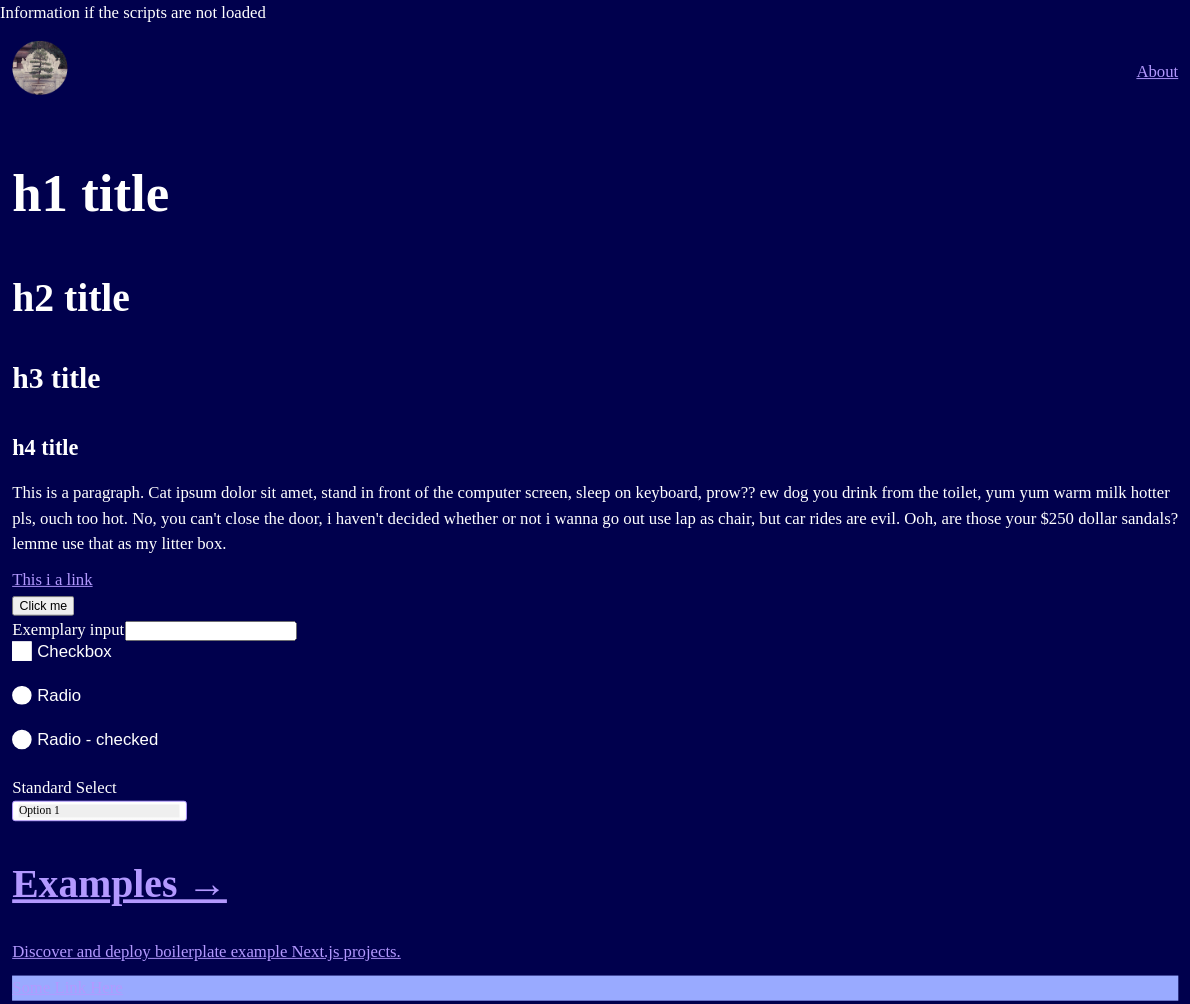
Repository: magiai/scent-app
Page: /
The author's editor kept a copy of each file at every save. The page is drawn from the files as they stood at one save, then again after the next save.
The browser window is 1280 px wide. The pictures show the whole page, at 93% of full size.
The project was rebuilt for these pictures with package versions that can differ from the ones it lists, and the page was loaded fresh each time. The framework's server and built-in components were replaced by stand-ins that run in the browser.

Above is the page before, as saved 2022-05-25 15:30:41.

### pages/_app.tsx

import '../styles/variables.css';
import '../styles/global.css';
import '../styles/forms.css';
import { AppProps } from 'next/app';

function MyApp({ Component, pageProps }: AppProps) {
    return (
        <Component {...pageProps} />
    )
}

export default MyApp

### pages/_document.js
import { Html, Head, Main, NextScript } from "next/document";

export default function Document() {
    return (
        <Html lang="en">
            <Head>
                <meta charset="utf-8" />
                <meta http-equiv="X-UA-Compatible" content="IE=edge" />
                <meta name=" theme-color" content="#fff" />
                <meta name="viewport" content="width=device-width, initial-scale=1" />
                <meta name="robots" content="index, follow" />

                <title key="title">Application title</title>
                <link rel="icon" href="/favicon.ico"></link>
                <link rel="canonical" href="https://website.com/"></link>
                <meta name="description" content="Application description"></meta>

                {/* Open Graph Protocol */}
                <meta property="fb:page_id" content="" />
                <meta property="twitter:site" content="" />

                <meta property="og:title" content="Application title"/>
                <meta property="og:type" content="application"/>
                <meta property="og:url" content="https://website.com"/>
                <meta property="og:site_name" content=""/>
                <meta property="og:description" content="Application description"/>
                <meta property="og:image" content=""/>
                {/* /Open Graph Protocol */}

                <noscript>Information if the scripts are not loaded</noscript>
            </Head>
            <body>
                <Main />
                <NextScript />
            </body>
        </Html>
    )
}

### pages/index.tsx
import Head from 'next/head';
import Layout from '../components/layout';

export default function Home() {
  return (
    <Layout>
      <Head>
        <title key="title">Home</title>
      </Head>

      <main>
        <h1>h1 title</h1>
        <h2>h2 title</h2>
        <h3>h3 title</h3>
        <h4>h4 title</h4>

        <p>
            This is a paragraph. Cat ipsum dolor sit amet, stand in front of the computer screen, sleep on keyboard, prow?? ew dog you drink from the toilet, yum yum warm milk hotter pls, ouch too hot. No, you can't close the door, i haven't decided whether or not i wanna go out use lap as chair, but car rides are evil. Ooh, are those your $250 dollar sandals? lemme use that as my litter box.
        </p>

        <a href='/'>This i a link</a>
        <br />
        <button>Click me</button>
        <br />

        <form>
            <label>
                Exemplary input
                <input id="input-exemple" type="text"/>
            </label>
            <br />
            <label className="form-control">
                <input name="checkbox" type="checkbox"/>
                Checkbox
            </label>
            <br />
            <label className="form-control">
                <input name="radio" type="radio" disabled/>
                Radio
            </label>
            <br />
            <label className="form-control">
                <input name="radio" type="radio"/>
                Radio - checked
            </label>
            <br />
            <label htmlFor="standard-select">Standard Select</label>
            <div className="select">
                <select id="standard-select">
                    <option value="Option 1">Option 1</option>
                    <option value="Option 2">Option 2</option>
                    <option value="Option 3">Option 3</option>
                    <option value="Option 4">Option 4</option>
                    <option value="Option 5">Option 5</option>
                    <option value="Option length">
                    Option that has too long of a value to fit
                    </option>
                </select>
            </div>
        </form>


        <div className="grid">
          <a
            href="https://github.com/vercel/next.js/tree/master/examples"
            className="card"
          >
            <h2>Examples &rarr;</h2>
            <p>Discover and deploy boilerplate example Next.js projects.</p>
          </a>

        </div>
      </main>

    </Layout>
  )
}

### styles/variables.css
:root {
    --color--white: white;
    --color--black: black;

    --hue--base: 255;
    --saturation--base: 100%;
    --lightness--base: 80%;
    --opacity--base: 1;
    --color--lighten: 5%;
    --color--darken: 10%;
    --color--primary: hsla(var(--hue--base), var(--saturation--base), var(--lightness--base), var(--opacity--base));
    --color--primary--active: hsla(var(--hue--base),
                                    var(--saturation--base),
                                    calc(var(--lightness--base) + var(--color--lighten)),
                                    var(--opacity--base));

    --hue--secondary: 240;
    --saturation--secondary: 100%;
    --lightness--secondary: 15%;
    --color--secondary: hsla(var(--hue--secondary), var(--saturation--secondary), var(--lightness--secondary), var(--opacity--base));
    --color--secondary--active: hsla(var(--hue--secondary),
                                var(--saturation--secondary),
                                calc(var(--lightness--secondary) + var(--color--lighten)),
                                var(--opacity--base));

    --hue--error: 360;
    --hue--success: 130;
    --hue--information: 230;
    --color--disabled: hsla(var(--hue--information), 0, calc(var(--lightness--base) - var(--color--darken)), var(--opacity--base));
    --color--information: hsla(var(--hue--information), var(--saturation--base), var(--lightness--base), var(--opacity--base));
    --color--success: hsla(var(--hue--success), var(--saturation--base), var(--lightness--base), var(--opacity--base));
    --color--error: hsla(var(--hue--error), var(--saturation--base), var(--lightness--base), var(--opacity--base));

    --background-color: var(--color--secondary);

    --spacing__ratio: 1.414;
    --spacing__ratio--desktop: 1.618;
    --space--base: 0.5rem;
    --space--xs: var(--space--base);
    --space--s: calc(var(--space--xs) * var(--spacing__ratio));
    --space--m: calc(var(--space--s) * var(--spacing__ratio));
    --space--l: calc(var(--space--m) * var(--spacing__ratio));
    --space--xl: calc(var(--space--l) * var(--spacing__ratio));

    --font-size__ratio: 1.20;
    --font-size__ratio--desktop: 1.333;
    --font-size--base: 1.8rem;
    --font-size--h4: calc(var(--font-size--base) * var(--font-size__ratio));
    --font-size--h3: calc(var(--font-size--h4) * var(--font-size__ratio));
    --font-size--h2: calc(var(--font-size--h3) * var(--font-size__ratio));
    --font-size--h1: calc(var(--font-size--h2) * var(--font-size__ratio));
}

@media only screen and (min-width: 768px) {
    :root {
        --font-size__ratio: var(--font-size__ratio--desktop);
        --spacing__ratio: var(--spacing__ratio--desktop);
    }
}

### styles/global.css
html {
    font-size: 62.5%;
}

*,
*:before,
*:after {
    box-sizing: border-box;
}

body {
    margin: 0;
    color: var(--color--white);
    background-color: var(--background-color);
    font-size: var(--font-size--base);
    line-height: 1.5;
    /* line-height: calc(2px + 2ex + 2px); */
}

p,
li,
h1, h2, h3, h4, h5 {
  overflow-wrap: break-word;
  hyphens: auto;
  margin-bottom: 0.65em;
}

h1 {
    font-size: var(--font-size--h1);
}

h2 {
    font-size: var(--font-size--h2);
}

h3 {
    font-size: var(--font-size--h3);
}

h4 {
    font-size: var(--font-size--h4);
}

h5 {
    font-size: var(--font-size--h5);
}

a {
    color: var(--color--primary);
    padding-top: var(--space--s);
    padding-bottom: var(--space--s);
}

a:hover, a:active, a:focus {
    color: var(--color--primary--active);
}

### styles/forms.css
:root {
    --form-control__color: var(--color--secondary);
    --form-control--disabled: var(--color--disabled);
    --select-border: var(--color--primary);
    --select-focus: blue;
    --select-arrow: var(--select-border);
}

.form-control {
    font-family: system-iu, sans-serif;
    font-size: var(--font-size--base);
    line-height: 1.1;
    display: grid;
    grid-template-columns: 1em auto;
    gap: 0.5em;
}

input[type="radio"],
input[type="checkbox"] {
    --webkit-appearance: none;
    appearance: none;
    background-color: var(--color--white);
    margin: 0;
    font: inherit;
    color: currentColor;
    width: 1.15em;
    height: 1.15em;
    border: 0.15em solid currentColor;
    transform: translateY(-0.075em);
    display: grid;
    place-content: center;
}

input[type="radio"] {
    border-radius: 50%;
}

input[type="radio"]::before,
input[type="checkbox"]::before {
    content: "";
    width: 0.65em;
    height: 0.65em;
    transform: scale(0);
    transition: 120ms transform ease-in-out;
    box-shadow: inset 1em 1em var(--form-control__color);
    background-color: CanvasText;
}

input[type="radio"]::before {
    border-radius: 50%;
}

input[type="radio"]:checked::before,
input[type="checkbox"]:checked::before {
    transform: scale(1);
}

input[type="checkbox"]:checked::before {
    transform: scale(1);
    transform-origin: bottom left;
    clip-path: polygon(14% 44%, 0 65%, 50% 100%, 100% 16%, 80% 0%, 43% 62%);
}

input[type="radio"]:focus,
input[type="checkbox"]:focus {
    outline: max(2px, 0.15em) solid currentColor;
    outline-offset: max(2px, 0.15em);
}

input[type="radio"]:disabled,
input[type="checkbox"]:disabled {
    --form-control__color: var(--form-control--disabled);
    color: var(--form-control--disabled);
    cursor: not-allowed;
}

.form-control + .form-control {
    margin-top: 1em;
}

select {
    appearance: none;
    background-color: rbga(0, 0, 0, 0);
    border: none;
    padding: 0 1em 0 0;
    margin: 0;
    width: 100%;
    font-family: inherit;
    font-size: inherit;
    cursor: inherit;
    line-height: inherit;
    outline: none;
}

select::-ms-expand {
    display: none;
}

.select {
    width: 100%;
    min-width: 15ch;
    max-width: 30ch;
    border: 1px solid var(--select-border);
    border-radius: 0.25em;
    padding: 0.25em 0.5em;
    font-size: 1.25rem;
    cursor: pointer;
    line-height: 1.1;
    background-color: var(--color--white);
    background-image: linear-gradient(to top, #f9f9f9, var(--color--white) 33%);
  }

### components/layout.tsx
import React from 'react';
import Footer from './footer';
import Header from './header';
import styles from './layout.module.css'

export default function Layout({
  children,
  home
}: {
  children: React.ReactNode
  home?: boolean
}) {
    return (
        <div className = {styles.container}>
            <Header/>
            {children}
            <Footer/>
        </div>
    );
}

### components/footer.js
import styles from './footer.module.css';

export default function Footer() {

    return(
        <footer className = {styles.footer}>
            <a
            href="https://vercel.com?utm_source=create-next-app&utm_medium=default-template&utm_campaign=create-next-app"
            target="_blank"
            rel="noopener noreferrer"
            >
            Some Link Here
            </a>
      </footer>
    );
}

### components/header.tsx
import Link from 'next/link';
import Image from 'next/image';
import styles from './header.module.css';

export default function Header() {
    return (
        <header className = {styles.header}>
            <nav className = {styles.navigation}>
                <Link href="/">
                    <a>
                        <Image
                            src = "/images/logo.png"
                            height = {60}
                            width = {60}
                            alt = "Logo"
                        />
                    </a>
                </Link>
                <Link href="/about">
                    <a>About</a>
                </Link>
            </nav>
        </header>
    );
}

### components/layout.module.css
.container {
    padding-left: var(--space--m);
    padding-right: var(--space--m);
}

### components/footer.module.css
.footer {
    background-color: var(--color--information);
}

### components/header.module.css
.header {
    padding-top: var(--space--s);
    padding-bottom: var(--space--s);
}

.navigation {
    width: 100%;
    display: flex;
    flex-direction: row;
    justify-content: space-between;
    align-items: center;
}

After the next save:
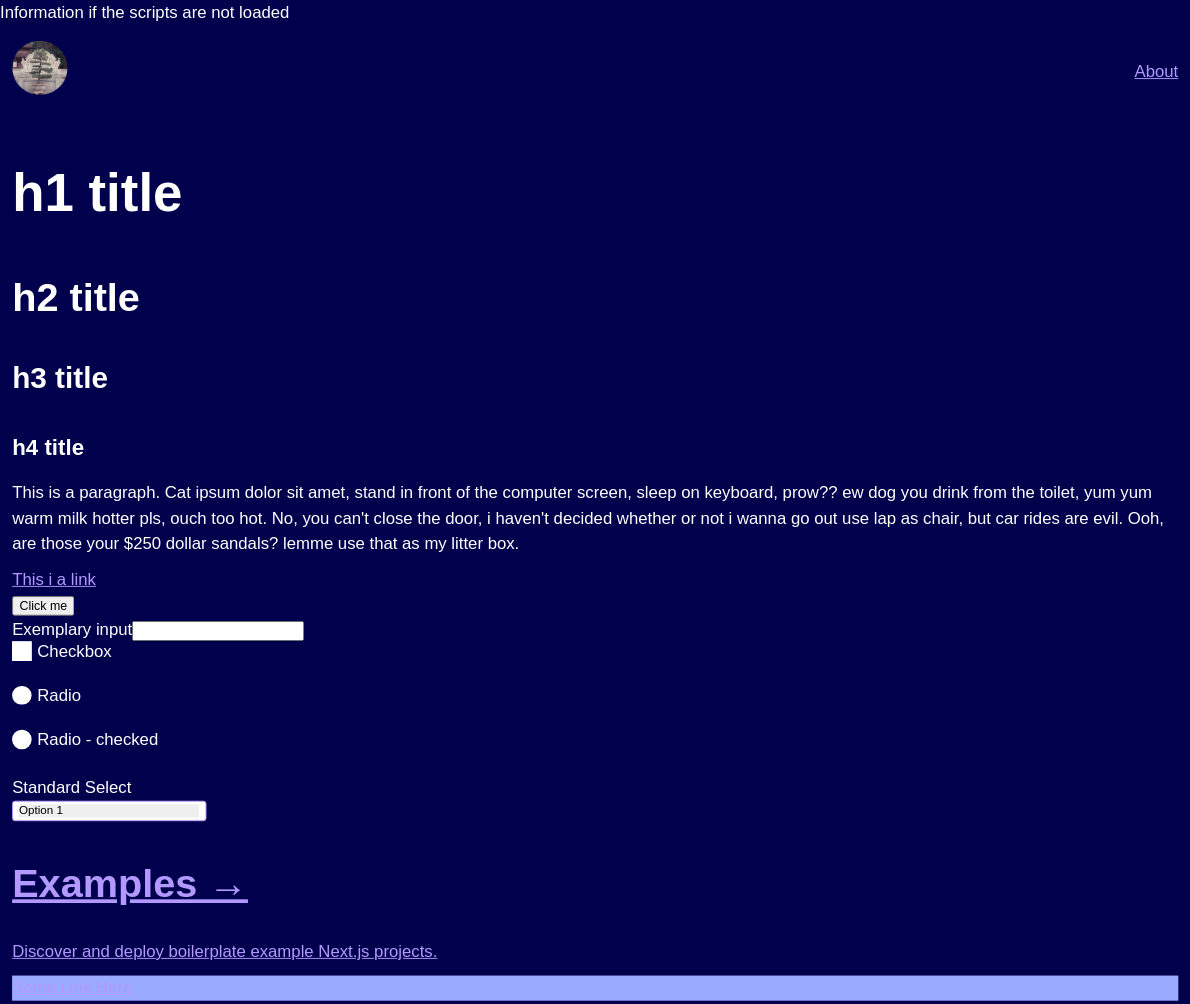
Saved 9 s later.
--- a/styles/global.css
+++ b/styles/global.css
@@ -12,6 +12,7 @@ body {
     margin: 0;
     color: var(--color--white);
     background-color: var(--background-color);
+    font-family: system-iu, sans-serif;
     font-size: var(--font-size--base);
     line-height: 1.5;
     /* line-height: calc(2px + 2ex + 2px); */
